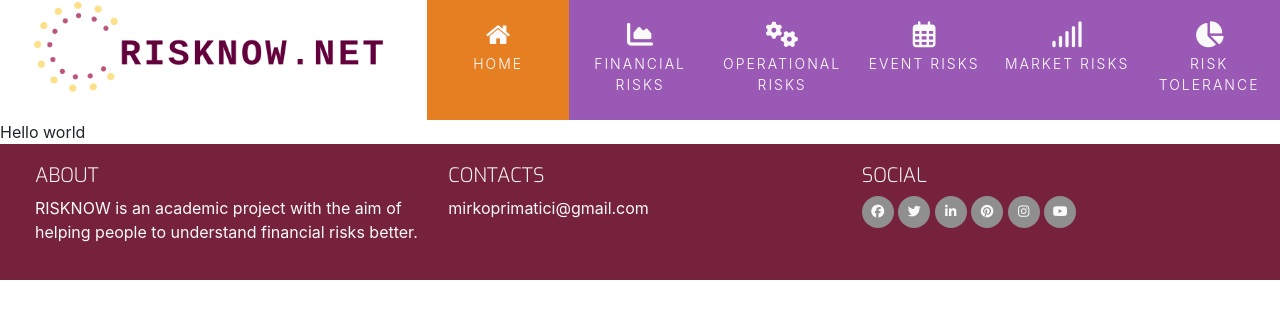
Repository: mirkoprimaticix/risknow.net
Page: index.html
The author's editor kept a record of every edit. The page is drawn from the files as they stood at one moment, then again after the next edit.
The browser window is 1280 px wide. The pictures show the whole page.
Some web libraries are served in a nearby version.

Above is the page before.
Console error: TypeError: Cannot read properties of undefined (reading 'fn')

After the next edit:
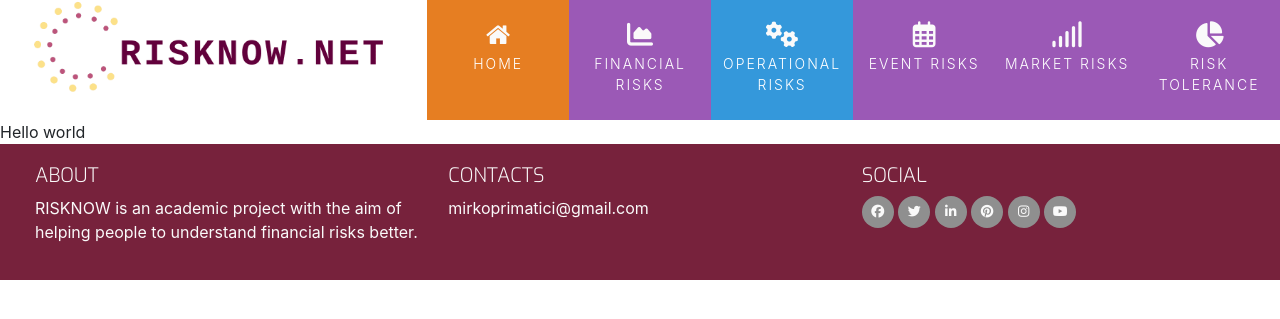
The edit:
--- a/assets/css/style.css
+++ b/assets/css/style.css
@@ -31,7 +31,7 @@
 }
 
 .ui-menu-color-or {
-    background-color: #9b59b6;
+    background-color: #3498db;
 }
 
 .ui-menu-color-er {
